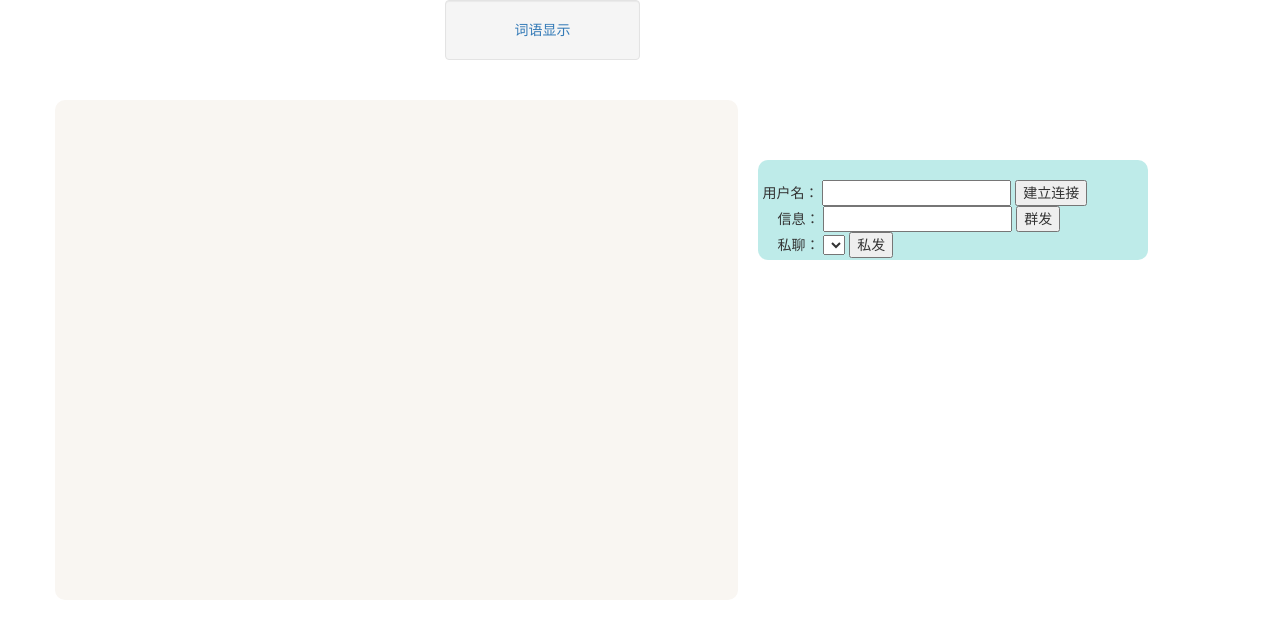
Repository: eheihaha2/whoisthespy-
Page: webDemo/WebContent/room.html
These files come from the project's save history. The page is drawn as it stood at one moment and after the next save; the edit follows.
The browser window is 1280 px wide. The pictures show the whole page.

Above is the page before, as saved 2020-02-26 01:58:30.

After the next save:
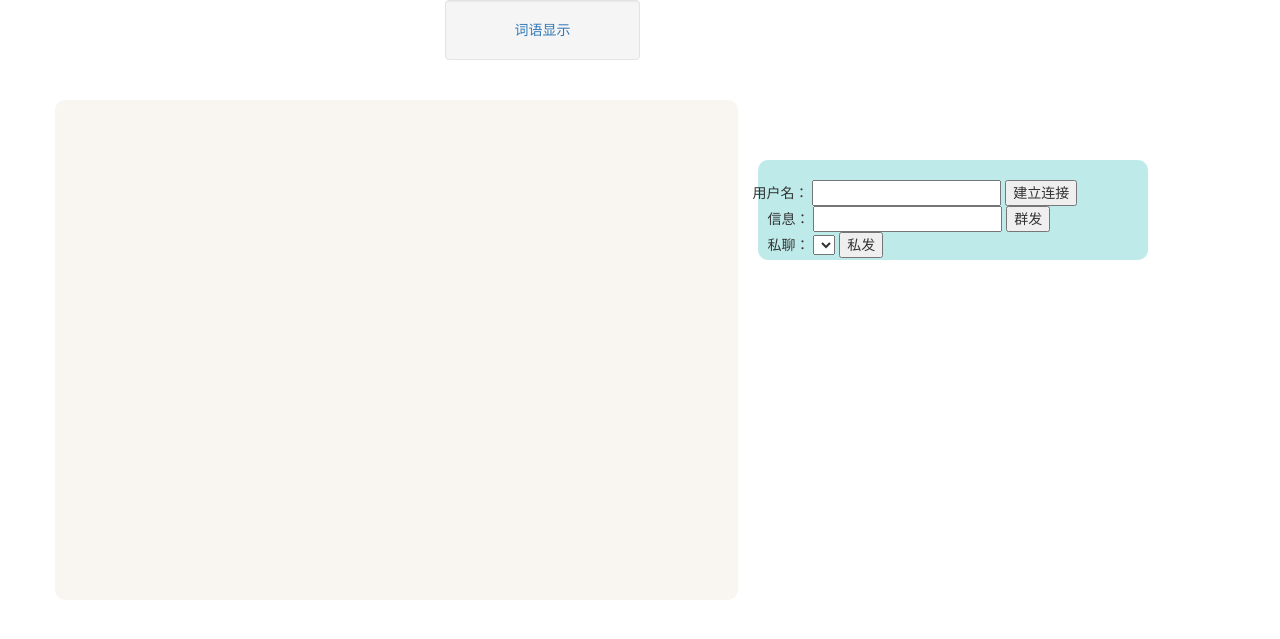
Saved 17 s later.
--- a/webDemo/WebContent/room.html
+++ b/webDemo/WebContent/room.html
@@ -13,7 +13,7 @@
 			border-radius: 10px;
 		}
 		.mss{
-			padding:20px 20px;
+			padding:20px 20px 10px 10px;
 			background-color:#beebe9;
 			height:100px;
 			margin-left:20px;;
